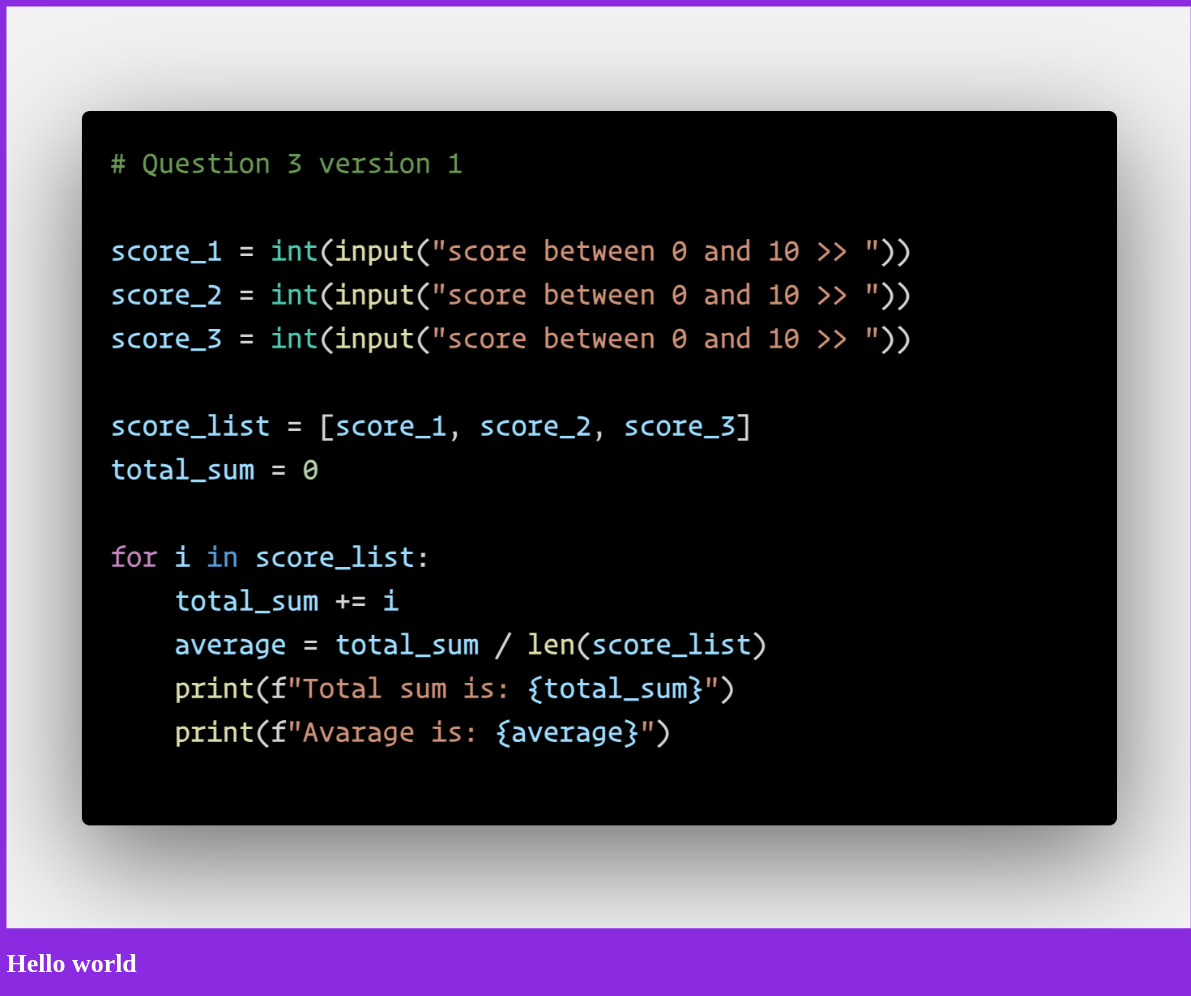
Repository: Samkiroko/test_website
Page: index.html
These files come from the project's save history. The page is drawn as it stood at one moment and after the next save; the edit follows.
The browser window is 1280 px wide. The page is 1470 px wide, then 1280 px, so the pictures cover 1470 px, including what lies to the right of the window. The pictures show the whole page, at 81% of full size.

Above is the page before, as saved 2022-10-21 14:02:31.

### index.html
<!DOCTYPE html>
<html lang="en">

<head>
    <meta charset="UTF-8">
    <meta http-equiv="X-UA-Compatible" content="IE=edge">
    <meta name="viewport" content="width=device-width, initial-scale=1.0">
    <link rel="stylesheet" href="style.css">
    <title>Samuel Kiroko</title>
</head>

<body>
    <img src="/version_1.png" alt="" sizes="400x500" srcset="">
    <h1>Hello world</h1>
</body>

</html>

### style.css
body {
    background-color: blueviolet;
}

h1 {
    color: white;
}

After the next save:
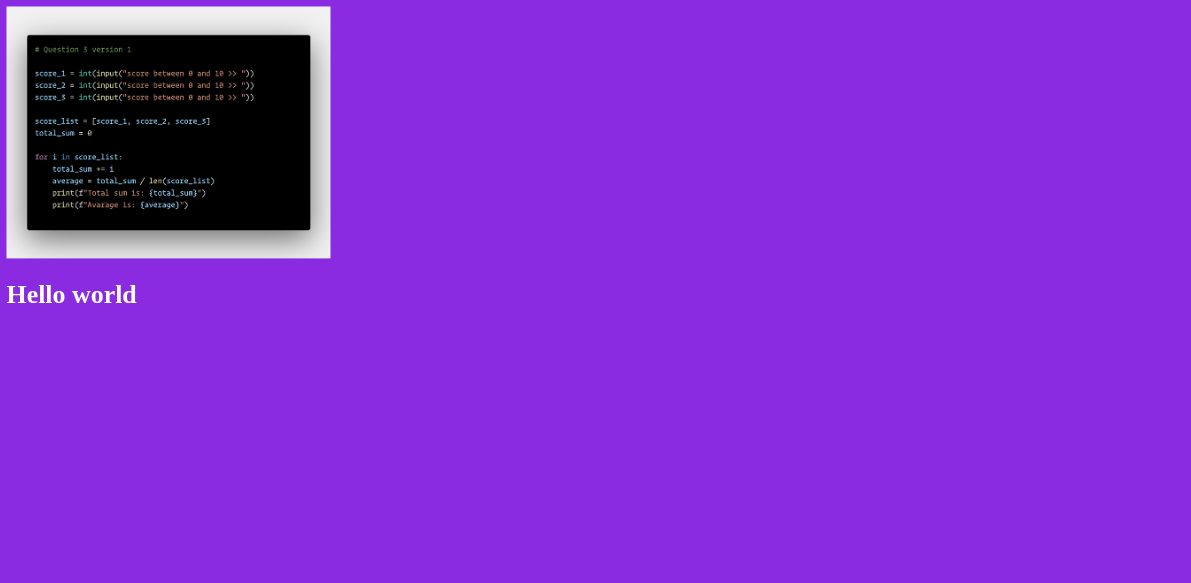
Saved 51 s later.
--- a/style.css
+++ b/style.css
@@ -5,3 +5,8 @@
 h1 {
     color: white;
 }
+
+img {
+    width: 400px;
+    height: 400;
+}
